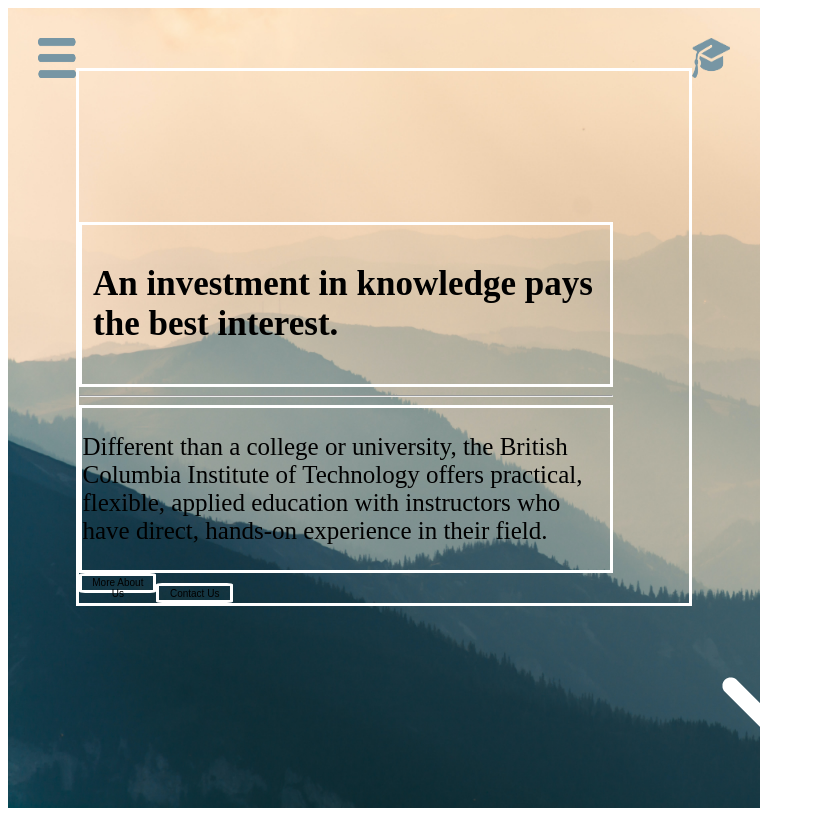
Repository: sierralaurent/MDIA2109-Assignment01
Page: /
An editor plug-in stored every save of this project. The page is shown before and after the next save, followed by the edit.
The browser window is 768 px wide. The page is 823 px wide, so the pictures cover 823 px, including what lies to the right of the window. The pictures show the whole page.
The project was rebuilt for these pictures with package versions that can differ from the ones it lists, and the page was loaded fresh each time. The framework's server and built-in components were replaced by stand-ins that run in the browser. Also part of the build but not shown: next.config.js.

Above is the page before, as saved 2023-02-05 12:57:34.

### pages/index.js
import Head from 'next/head'
import Image from 'next/image'
import { Inter } from '@next/font/google'
import styles from '@/styles/Home.module.css'
import Link from 'next/link'


const inter = Inter({ subsets: ['latin'] })

export default function Home() {
  return (
    <>
    <nav>
      <Head>
        <title>Home</title>
        <meta name="author" content="MDIA 2109" />
        <meta property="og:title" content="Assignment #1 - Home Page" />
        <meta property="og:description" content="BCIT Digital Design and Development Diploma" />
        <link rel="icon" href="/favicon.png" />
        </Head>
        <main className={styles.main} >
          <div className={styles.nav}>
            <img src="icons/menu-icon.png" className={styles.icon1}/>
            <img src="icons/graduation-hat.png" className={styles.icon2}/>
          </div>
          <div className={styles.middle}>
            <div >
            <div className={styles.intro}>
            <h1>An investment in knowledge pays the best interest.</h1>
            </div>
            <hr></hr>
            <div className={styles.intro2}>
            <p>Different than a college or university, the British Columbia Institute of Technology offers practical, flexible, applied education with instructors who have direct, hands-on experience in their field.</p>
            </div>
            </div>

            <div className={styles.buttons}>
            <Link href="/about">
          <button className={styles.butt}>More About Us</button>
        </Link>
        <Link href="/contact">
        <button className={styles.butt}>Contact Us</button>
        </Link>
            </div>
            </div>
          <div className={styles.bottom}>
            <a href="/about">
              <span className={styles.icon3}>
                <img src="icons/downwardArrow.png"/>
              </span>
            </a>
          </div>
        </main>
    </nav>
    </>
  )
}

### styles/Home.module.css
.main {
  background-image: url('../public/background-images/backgroundMountain.jpg');
  background-size: cover;
  height: 100vh;
}

.nav {
  padding: 4%;
}

.buttons {

  bottom: 6rem;
  left: 1rem;
}

.butt {
  border: 3px solid white;
  border-radius: 8%;
  background-color: transparent;
  width: 10vw;
  height: 2.5vh;
  max-width: 15vw;
  max-height: 5vh;
  font-size: 1.25vh;

}

.butt:hover {
  background-color: white;
  color: black;
}

.intro {
  display: flex;
  border: 3px solid white;

}

.intro2 {
  display: flex;
  justify-content: left;
  flex-direction: row;
  border: 3px solid white;
  font-size: 25px;
}

.intro h1 {
  font-size: 50px;
  padding: 2%;
  flex-direction: row;
}
.intro p {
  font-size: 30px;
  padding: 2%;
  flex-direction: row;
}

.middleintro {
  border: 3px solid white;
  padding-top: 30%;
}

.middle {
  border: 3px solid white;
  display: flex;
  flex-direction: column;
  justify-content: left;
  align-items: left;
  padding-top: 20%;
  padding-right: 30%;
}

.icon1 {
  width: 5vw;
  height: 5vh;
  float: left;
}

.icon2 {
  width: 5vw;
  height: 5vh;
  float: right;
}

.icon3 {
  width: 5vw;
  height: 5vh;
  float: right;
}

.bottom {

  bottom: 10rem;
  right: 5rem;
}

/* Desktop */
@media only screen and (min-width: 1000px) {
    .intro {
      max-width: 600px;
    }
    .intro2 {
      max-width: 600px;
    }
}


/* Tablet or iPad Air */
@media only screen and (min-width: 600px) and (max-width: 999px ) {
    .intro {
      max-width: 800px;
    }
    .middle {
      padding-right: 10%;
    }
    .intro h1 {
      font-size: 35px;
    }
    .intro p {
      font-size: 15px;
    }
}

/* Mobile or iPhone XR */
@media only screen and (max-width: 599px ) {

}

Loaded but not shown: pages/_document.js (common file); pages/api/hello.js (common file)

After the next save:
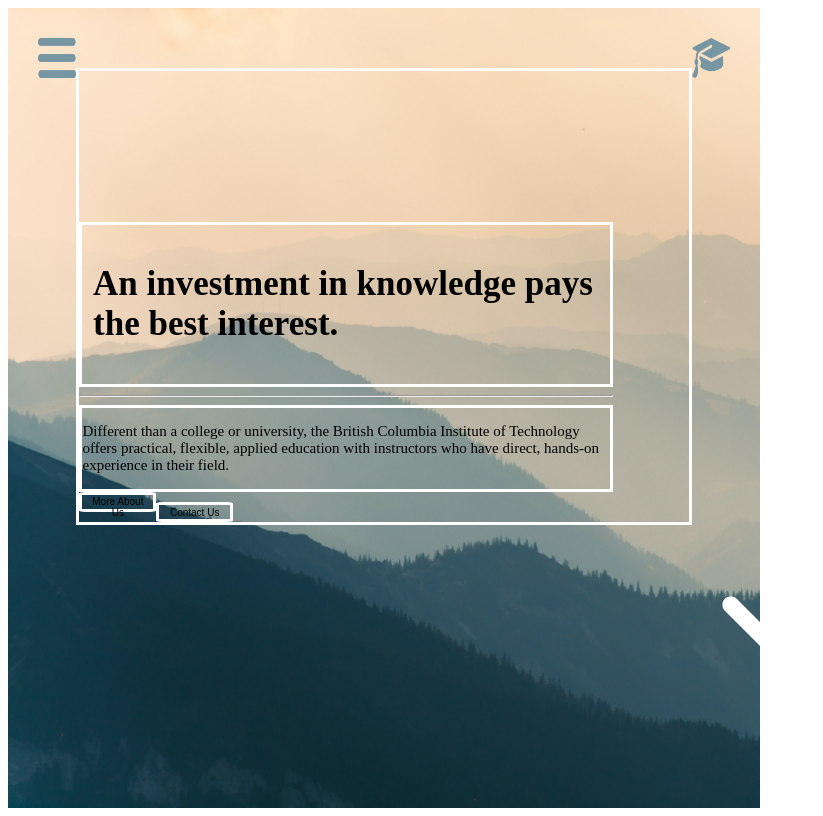
Saved 8 s later.
--- a/styles/Home.module.css
+++ b/styles/Home.module.css
@@ -117,7 +117,7 @@
     .intro h1 {
       font-size: 35px;
     }
-    .intro p {
+    .intro2 p {
       font-size: 15px;
     }
 }
